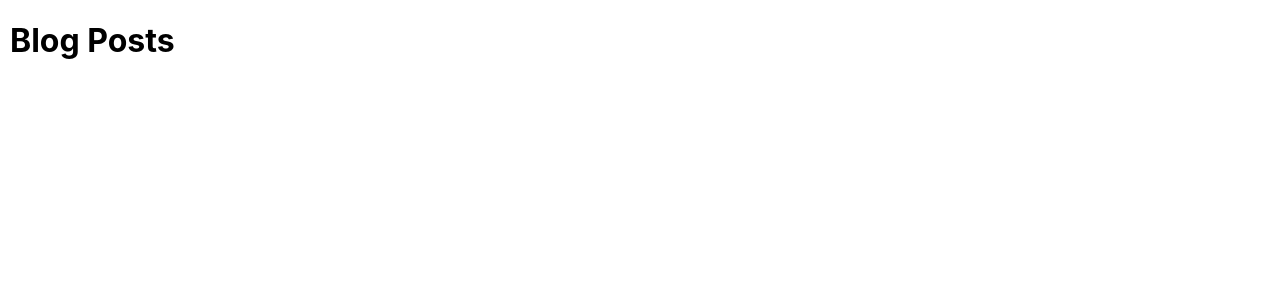
Repository: Topbin2/React-query
Page: / (app in udemy-REACT-QUERY-main/base-blog-em/)
An editor plug-in stored every save of this project. The page is shown before and after a run of saves, followed by the edit.
The browser window is 1280 px wide. The pictures show the whole page.
The page's requests for data from a server got no answer. The project was rebuilt for these pictures with package versions that can differ from the ones it lists, and the page was loaded fresh each time. No one was signed in, and anything a server would have sent is missing. Also part of the build but not shown: udemy-REACT-QUERY-main/base-blog-em/src/PostDetail.jsx, udemy-REACT-QUERY-main/base-blog-em/src/App.css.

Above is the page before, as saved 2022-08-17 16:33:37.

### udemy-REACT-QUERY-main/base-blog-em/src/App.jsx
import { Posts } from "./Posts";
import "./App.css";
import { QueryClient, QueryClientProvider } from "react-query";

const queryClient = new QueryClient();

function App() {
  return (
    // provide React Query client to App
    <QueryClientProvider client={queryClient}>
      <div className="App">
        <h1>Blog Posts</h1>
        <Posts />
      </div>
    </QueryClientProvider>
  );
}

export default App;

### udemy-REACT-QUERY-main/base-blog-em/src/Posts.jsx
import { useState } from "react";
import { useQuery } from "react-query";

import { PostDetail } from "./PostDetail";
const maxPostPage = 10;

async function fetchPosts() {
  const response = await fetch(
    "https://jsonplaceholder.typicode.com/posts?_limit=10&_page=0"
  );
  return response.json();
}

export function Posts() {
  const [currentPage, setCurrentPage] = useState(0);
  const [selectedPost, setSelectedPost] = useState(null);
  // replace with useQuery
  const { data, isError, isLoading } = useQuery("posts", fetchPosts);

  if (isLoading) return <div />;

  return (
    <>
      <ul>
        {data.map((post) => (
          <li
            key={post.id}
            className="post-title"
            onClick={() => setSelectedPost(post)}
          >
            {post.title}
          </li>
        ))}
      </ul>
      <div className="pages">
        <button disabled onClick={() => {}}>
          Previous page
        </button>
        <span>Page {currentPage + 1}</span>
        <button disabled onClick={() => {}}>
          Next page
        </button>
      </div>
      <hr />
      {selectedPost && <PostDetail post={selectedPost} />}
    </>
  );
}

Loaded but not shown: udemy-REACT-QUERY-main/base-blog-em/public/index.html (common file); udemy-REACT-QUERY-main/base-blog-em/src/index.js (common file); udemy-REACT-QUERY-main/base-blog-em/src/index.css (common file); udemy-REACT-QUERY-main/base-blog-em/src/reportWebVitals.js (common file)

After the next 2 saves:
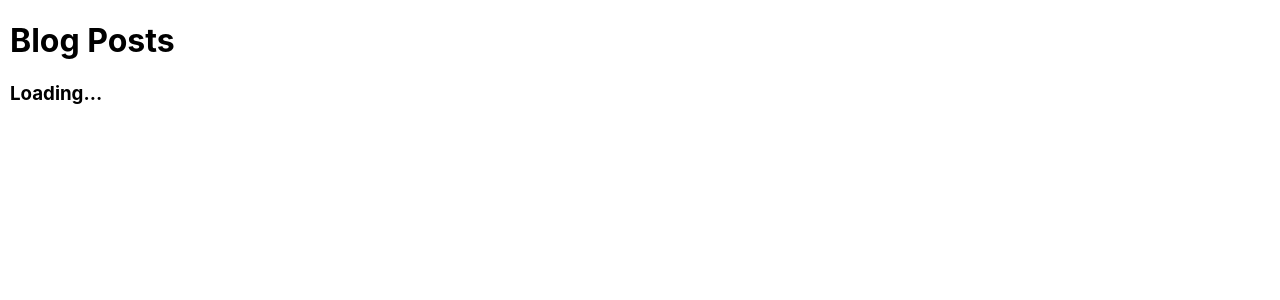
The 2 saves are shown as one change because they came seconds apart.
The last was saved 10 s later.
--- a/udemy-REACT-QUERY-main/base-blog-em/src/Posts.jsx
+++ b/udemy-REACT-QUERY-main/base-blog-em/src/Posts.jsx
@@ -17,7 +17,7 @@ export function Posts() {
   // replace with useQuery
   const { data, isError, isLoading } = useQuery("posts", fetchPosts);
 
-  if (isLoading) return <div />;
+  if (isLoading) return <h3>Loading...</h3>;
 
   return (
     <>
